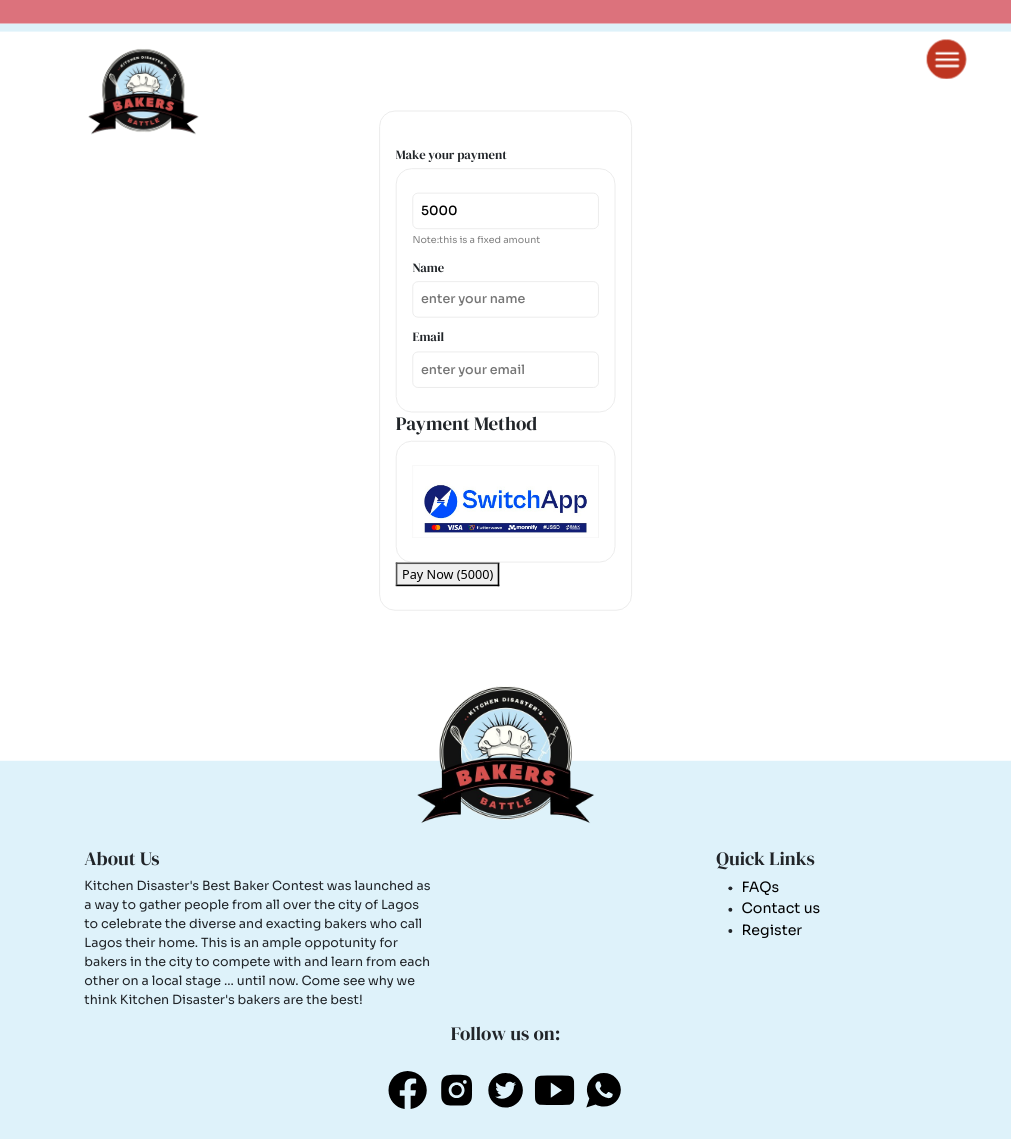
Repository: sarahnnanyelugo/bakers-battle
Page: /payment
An editor plug-in stored every save of this project. The page is shown before and after the next save, followed by the edit.
The browser window is 1280 px wide. The pictures show the whole page, at 79% of full size.
The project was rebuilt for these pictures with package versions that can differ from the ones it lists, and the page was loaded fresh each time. Also part of the build but not shown: src/components/ScreenSlide/slide.scss, src/components/ScreenSlide/ScreenSlide.js, src/pages/Home/home.scss, src/pages/Home/Home.js, src/components/Title.js, src/components/FAQAccord/faq-accord.scss, src/components/FAQAccord/FAQAccord.js, src/pages/FAQ/faq.scss and 11 more.

Above is the page before, as saved 2024-07-17 20:16:29.

### src/App.js
import logo from "./logo.svg";
import "./App.scss";
import "bootstrap/dist/css/bootstrap.min.css";
import { BrowserRouter, Routes, Route, Link, Outlet } from "react-router-dom";
import { Home } from "./pages/Home/Home";
import { Navbar } from "./components/Navbar/Navbar";
import { Footer } from "./components/Footer/Footer";
import { FAQ } from "./pages/FAQ/FAQ";
import { Registration } from "./pages/Registration/Registration";
import { Contact } from "./pages/ContactPage/Contact";
import { Sponsors } from "./pages/Sponsors/Sponsors";
import ScrollToTop from "./scrollToTop";
import About from "./pages/About/About";
import { PaymentPage } from "./pages/PaymentPage/PaymentPage";
function App() {
  return (
    <>
      <ScrollToTop />
      <Navbar />
      <Routes>
        <Route path="/" element={<Home />} />{" "}
        <Route path="/faq" element={<FAQ />} />{" "}
        <Route path="/registration" element={<Registration />} />{" "}
        <Route path="/contact" element={<Contact />} />{" "}
        <Route path="/sponsors" element={<Sponsors />} />{" "}
        <Route path="/about" element={<About />} />{" "}
        <Route path="/payment" element={<PaymentPage />} />{" "}
      </Routes>
      <Footer />
    </>
  );
}

export default App;

### src/App.scss
.app-btn {
  color: #fff;
  background: #dc727c;
  padding: 5px 30px;
  border-radius: 10px;
  border: solid 4px #dc727c;
  font-size: 30px;
  &:hover {
    color: #dc727c;
    background: #fff;
    transition: 0.5s ease;
  }
}

.button-92 {
  --c: #fff;

  background: linear-gradient(90deg, #0000 33%, #fff5, #0000 67%)
      var(--_p, 100%) / 300% no-repeat,
    #dc727c;

  color: #0000;
  border: none;
  transform: perspective(500px) rotateY(calc(20deg * var(--_i, -1)));
  text-shadow: calc(var(--_i, -1) * 0.08em) -0.01em 0 var(--c),
    calc(var(--_i, -1) * -0.08em) 0.01em 2px #0004;
  outline-offset: 0.1em;
  transition: 0.3s;
}

.button-92:hover,
.button-92:focus-visible {
  --_p: 0%;
  --_i: 1;
}

.button-92:active {
  text-shadow: none;
  color: var(--c);
  box-shadow: inset 0 0 9e9Q #0005;
  transition: 0s;
}

.button-92 {
  font-weight: bold;
  font-size: 2rem;
  margin: 0;
  cursor: pointer;
  padding: 0.1em 0.3em;
}

.button-48 {
  appearance: none;
  background-color: #ffffff;
  border-width: 0;
  box-sizing: border-box;
  color: #000000;
  cursor: pointer;
  display: inline-block;
  font-size: 14px;
  font-weight: 500;
  letter-spacing: 0;
  line-height: 1em;
  margin: 0;
  opacity: 1;
  outline: 0;
  padding: 1.5em 4px;
  position: relative;
  text-align: center;
  text-decoration: none;
  text-rendering: geometricprecision;
  text-transform: uppercase;
  transition: opacity 300ms cubic-bezier(0.694, 0, 0.335, 1),
    background-color 100ms cubic-bezier(0.694, 0, 0.335, 1),
    color 100ms cubic-bezier(0.694, 0, 0.335, 1);
  user-select: none;
  -webkit-user-select: none;
  touch-action: manipulation;
  vertical-align: baseline;
  white-space: nowrap;
}

.button-48:before {
  animation: opacityFallbackOut 0.5s step-end forwards;
  backface-visibility: hidden;
  background-color: #ebebeb;
  clip-path: polygon(-1% 0, 0 0, -25% 100%, -1% 100%);
  content: "";
  height: 100%;
  left: 0;
  position: absolute;
  top: 0;
  transform: translateZ(0);
  transition: clip-path 0.5s cubic-bezier(0.165, 0.84, 0.44, 1),
    -webkit-clip-path 0.5s cubic-bezier(0.165, 0.84, 0.44, 1);
  width: 100%;
}

.button-48:hover:before {
  animation: opacityFallbackIn 0s step-start forwards;
  clip-path: polygon(0 0, 101% 0, 101% 101%, 0 101%);
}

.button-48:after {
  background-color: #ffffff;
}

.button-48 span {
  z-index: 1;
  position: relative;
}
@font-face {
  font-family: SoraM;
  src: url(./assets/fonts/sora/Sora-Medium.ttf);
}
@font-face {
  font-family: nick;
  src: url(./assets/fonts/nick/Nickainley-Normal.ttf);
}
@font-face {
  font-family: SoraB;
  src: url(./assets/fonts/sora/Sora-Bold.ttf);
}
@font-face {
  font-family: SoraEB;
  src: url(./assets/fonts/sora/Sora-ExtraBold.ttf);
}
@font-face {
  font-family: SoraR;
  src: url(./assets/fonts/sora/Sora-Regular.ttf);
}
@font-face {
  font-family: SoraSB;
  src: url(./assets/fonts/sora/Sora-SemiBold.ttf);
}
@font-face {
  font-family: SoraL;
  src: url(./assets/fonts/sora/Sora-Light.ttf);
}
@font-face {
  font-family: SerifR;
  src: url(./assets/fonts/serif/DMSerifDisplay-Regular.ttf);
}
@font-face {
  font-family: SerifI;
  src: url(./assets/fonts/serif/DMSerifDisplay-Italic.ttf);
}
h1,
h2,
h3,
h4,
h5,
h6 {
  font-family: SerifR;
}

p,
li,
a,
small {
  font-family: SoraR;
}
button {
  font-family: SoraSB;
}
.mobile-padding {
  @media screen and (max-width: 820px) {
    padding-right: 7px;
    padding-left: 7px;
  }
}

### src/components/Navbar/Navbar.js
import React, { useEffect, useState } from "react";
import "./navbar.scss";
import Logo from "../../assets/images/logo2.png";
import Flier from "../../assets/images/flier2.jpeg";
import { Link } from "react-router-dom";
import { Title } from "../Title";
export const Navbar = () => {
  const [isMenuOpen, setIsMenuOpen] = useState(false);
  const toggleMenu = () => {
    setIsMenuOpen(!isMenuOpen);
  };

  // Step 2: Create a function to handle checkbox changes
  const handleCheckboxChange = (event) => {
    setIsMenuOpen(event.target.checked);
  };

  // Step 3: Use useEffect to track checkbox status changes
  useEffect(() => {
    // Code to run when isMenuOpen changes
    console.log(`Checkbox is now ${isMenuOpen ? "checked" : "unchecked"}`);
  }, [isMenuOpen]); // Dependency array contains isMenuOpen

  // Function to close menu
  const closeMenu = () => {
    setIsMenuOpen(false);
  };
  return (
    <>
      <div style={{ height: "30px", background: "#DC727C" }} />
      <div style={{ height: "10px", background: "#DEF2FA" }} />

      <main>
        <div
          className="col-md-2 offset-md-1"
          style={{ position: "relative", zIndex: 220 }}
        >
          {" "}
          <Link to={"/"}>
            <img className="img2" src={Logo} alt="Scholar" width="70%" />
          </Link>
        </div>
        <center>
          <h1 style={{ color: " black", fontSize: "90px" }}></h1>
        </center>

        <input
          type="checkbox"
          id="myInput"
          checked={isMenuOpen}
          onChange={handleCheckboxChange}
        />
        <label for="myInput" className="offset-md-11 tog">
          <span class="bar top"></span>
          <span class="bar middle"></span>
          <span class="bar bottom"></span>
        </label>

        <aside>
          <div class="aside-section aside-left col-md-4">
            <div class="aside-content">
              <img
                className="img col-md-12 offset-md-"
                src={Flier}
                alt="Scholar"
                width="100%"
              />
            </div>
          </div>
          <div class="aside-section aside-right col-md-8 ">
            <div className="col-md-4 offset-md-4">
              {" "}
              <ul class="aside-list ">
                <li>
                  <Link to={"/"} class="aside-anchor" onClick={closeMenu}>
                    HOME
                  </Link>
                </li>
                <li>
                  <Link to={"/about"} class="aside-anchor" onClick={closeMenu}>
                    ABOUT
                  </Link>
                </li>
                <li>
                  <Link to={"/faq"} class="aside-anchor" onClick={closeMenu}>
                    FAQs
                  </Link>
                </li>
                <li onClick={closeMenu}>
                  <Link to={"/sponsors"} class="aside-anchor">
                    SPONSORS
                  </Link>
                </li>{" "}
                <li onClick={closeMenu}>
                  <Link to={"/contact"} class="aside-anchor">
                    CONTACT
                  </Link>
                </li>
                <li onClick={closeMenu}>
                  <Link to={"/registration"} class="aside-anchor">
                    REGISTER
                  </Link>
                </li>
              </ul>
            </div>
          </div>
        </aside>
      </main>
    </>
  );
};

### src/components/Footer/Footer.js
import React from "react";
import "./footer.scss";
import Logo from "../../assets/images/logo2.png";
import { Link } from "react-router-dom";
import { FaFacebook } from "react-icons/fa";
import { AiFillInstagram } from "react-icons/ai";
import { IoLogoYoutube } from "react-icons/io";
import { IoLogoWhatsapp } from "react-icons/io";
import { AiFillTwitterCircle } from "react-icons/ai";

export const Footer = () => {
  return (
    <footer>
      <center>
        <div className="col-md-3">
          <img className="img2" src={Logo} alt="Scholar" width="75%" />
        </div>
      </center>{" "}
      <div className="d-md-flex col-md-10 offset-md-1 mobile-padding">
        <div className="col-md-5">
          <h4>About Us</h4>
          <p>
            Kitchen Disaster's Best Baker Contest was launched as a way to
            gather people from all over the city of Lagos to celebrate the
            diverse and exacting bakers who call Lagos their home. This is an
            ample oppotunity for bakers in the city to compete with and learn
            from each other on a local stage ... until now. Come see why we
            think Kitchen Disaster's bakers are the best!
          </p>
        </div>
        <div className="col-md-2 offset-md-4">
          <h4>Quick Links</h4>
          <ul>
            <li>
              <Link to={"/"}>FAQs</Link>
            </li>{" "}
            <li>
              <Link to={"/"}>Contact us</Link>
            </li>{" "}
            <li>
              <Link to={"/"}>Register</Link>
            </li>{" "}
          </ul>
        </div>
      </div>
      <center>
        <h4>Follow us on:</h4>
        <ul className="list-inline media-links">
          <li className="list-inline-item">
            <Link to={"/"}>
              <FaFacebook style={{ fontSize: "50px" }} />
            </Link>
          </li>{" "}
          <li className="list-inline-item">
            <Link to={"/"}>
              <AiFillInstagram style={{ fontSize: "50px" }} />
            </Link>
          </li>{" "}
          <li className="list-inline-item">
            <Link to={"/"}>
              <AiFillTwitterCircle style={{ fontSize: "50px" }} />
            </Link>
          </li>{" "}
          <li className="list-inline-item">
            <Link to={"/"}>
              <IoLogoYoutube style={{ fontSize: "50px" }} />
            </Link>
          </li>{" "}
          <li className="list-inline-item">
            <Link to={"/"}>
              <IoLogoWhatsapp style={{ fontSize: "50px" }} />
            </Link>
          </li>
        </ul>
      </center>
    </footer>
  );
};

### src/pages/PaymentPage/PaymentPage.js
import React from "react";
import "./payment-page.scss";
import Switch from "../../assets/images/switch.png";

export const PaymentPage = () => {
  return (
    <>
      <div className="payment-div">
        {" "}
        <center>
          <div className="col-md-3 payment-form">
            <h6>Make your payment</h6>
            <div className="payment-form">
              <input value="5000" readOnly />
              <small>Note:this is a fixed amount</small>
              <h6>Name</h6>
              <input type="text" placeholder="enter your name" />
              <h6>Email</h6>
              <input type="text" placeholder="enter your email" />
            </div>
            <h4>Payment Method</h4>
            <div className="payment-form">
              <img src={Switch} width="100%" alt="payment logo" />
            </div>
            <button>Pay Now (5000)</button>
          </div>
        </center>
      </div>
    </>
  );
};

### src/components/Navbar/navbar.scss
main {
  height: 800px;
  position: relative;
  overflow: hidden;
}

.aside-section {
  top: 0;
  bottom: 0;
  position: absolute;
}

.aside-left {
  display: none;
  width: 40%;
  left: 0;
  background: #dc727c;

  -webkit-transform: translateY(-100%);
  -moz-transform: translateY(-100%);
  -ms-transform: translateY(-100%);
  -o-transform: translateY(-100%);
  transform: translateY(-100%);
  transition: transform 0.9s ease-in-out;
}

.aside-right {
  width: 100%;
  right: 0;
  background-color: #def2fa;
  -webkit-transform: translateX(100%);
  -moz-transform: translateX(100%);
  -ms-transform: translateX(100%);
  -o-transform: translateX(100%);
  transform: translateX(100%);
  transition: transform 0.9s ease-in-out;
}

.aside-list {
  list-style: none;
  padding: 0;
  margin: 0;
  margin-top: 150px;
  text-align: left;
  padding-left: 50px;
}

.aside-content {
  //   margin-top: 150px;
  padding: 0 40px;
  position: relative;
  color: white;
  text-align: center;
}

.aside-list li {
  margin-bottom: 20px;
}

.aside-anchor::after {
  content: "";
  position: absolute;
  bottom: 0;
  background-color: #ff5964;
  left: 0;
  right: 0;
  height: 6px;
  border-radius: 6px;
}

.aside-anchor::before {
  border-radius: 3px;
  content: "";
  position: absolute;
  bottom: 0;
  background-color: rgb(9, 1, 1);
  left: 0;
  height: 6px;
  z-index: 1;
  width: 50%;
  -webkit-transition: transform 0.2s ease-in-out;
  -o-transition: transform 0.2s ease-in-out;
  transition: transform 0.2s ease-in-out;
}

.aside-anchor:hover:before {
  -webkit-transform: translateX(100%);
  -moz-transform: translateX(100%);
  -ms-transform: translateX(100%);
  -o-transform: translateX(100%);
  transform: translateX(100%);
}

.aside-anchor {
  padding-bottom: 7px;
  color: rgb(14, 14, 14);
  text-decoration: none;
  font-size: 30px;
  position: relative;
  font-weight: 500;
}

input[type="checkbox"] {
  display: none;
}

input[type="checkbox"]:checked ~ aside .aside-left {
  transform: translateY(0%);
}

input[type="checkbox"]:checked ~ aside .aside-right {
  transform: translateX(0%);
}

input[type="checkbox"]:checked ~ label .bar {
  background-color: #fff;
}

input[type="checkbox"]:checked ~ label .top {
  -webkit-transform: translateY(0px) rotateZ(45deg);
  -moz-transform: translateY(0px) rotateZ(45deg);
  -ms-transform: translateY(0px) rotateZ(45deg);
  -o-transform: translateY(0px) rotateZ(45deg);
  transform: translateY(0px) rotateZ(45deg);
}

input[type="checkbox"]:checked ~ label .bottom {
  -webkit-transform: translateY(-15px) rotateZ(-45deg);
  -moz-transform: translateY(-15px) rotateZ(-45deg);
  -ms-transform: translateY(-15px) rotateZ(-45deg);
  -o-transform: translateY(-15px) rotateZ(-45deg);
  transform: translateY(-15px) rotateZ(-45deg);
}

input[type="checkbox"]:checked ~ label .middle {
  width: 0;
}

.middle {
  margin: 0 auto;
}

label {
  top: 40px;
  display: inline-block;
  padding: 10px 10px;
  background-color: transparent;
  cursor: pointer;
  margin: 10px;
  z-index: 3;
  position: fixed;
}

.bar {
  display: block;
  background-color: #fff;
  width: 30px;
  height: 3px;
  border-radius: 5px;
  margin: 5px auto;
  transition: background-color 0.4s ease-in, transform 0.4s ease-in,
    width 0.4s ease-in;
}

@media (min-width: 992px) {
  h1 {
    font-size: 40px;
  }
  .aside-left {
    display: block;
  }

  .aside-right {
    width: 60%;
  }
}
.tog {
  height: 50px;
  width: 50px;
  border: solid 1px #be3520;
  background: #be3520;
  border-radius: 50%;
  // position: fixed;
  // z-index: 230;
}
.img2 {
}

### src/components/Footer/footer.scss
footer {
  background: #def2fa;
  //   padding-top: 30px;
  padding-bottom: 20px;
  margin-top: 190px;
  img {
    margin-top: -130px;
  }
  a {
    color: #000;
    text-decoration: none;
    font-size: 18px;
    &:hover {
      color: #dc727c;
    }
  }
}
.media-links {
  li {
    font-size: 50px !important;
  }
}

### src/pages/PaymentPage/payment-page.scss
.payment-form {
  border: solid 1px #e7e7e7;
  border-radius: 20px;
  padding: 30px 20px;
  text-align: left;
  input {
    width: 100%;
    border: solid 1px #e7e7e7;
    padding: 10px;
    border-radius: 7px;
    position: relative;
    z-index: 20;
    font-family: soraM;
  }
  h6 {
    margin-top: 15px;
  }
  small {
    color: grey;
    font-size: 12px;
  }
}
.payment-div {
  margin-top: -700px;
}

Loaded but not shown: public/index.html (common file); src/index.js (common file); src/index.css (common file); src/reportWebVitals.js (common file); src/scrollToTop.js (common file)

After the next save:
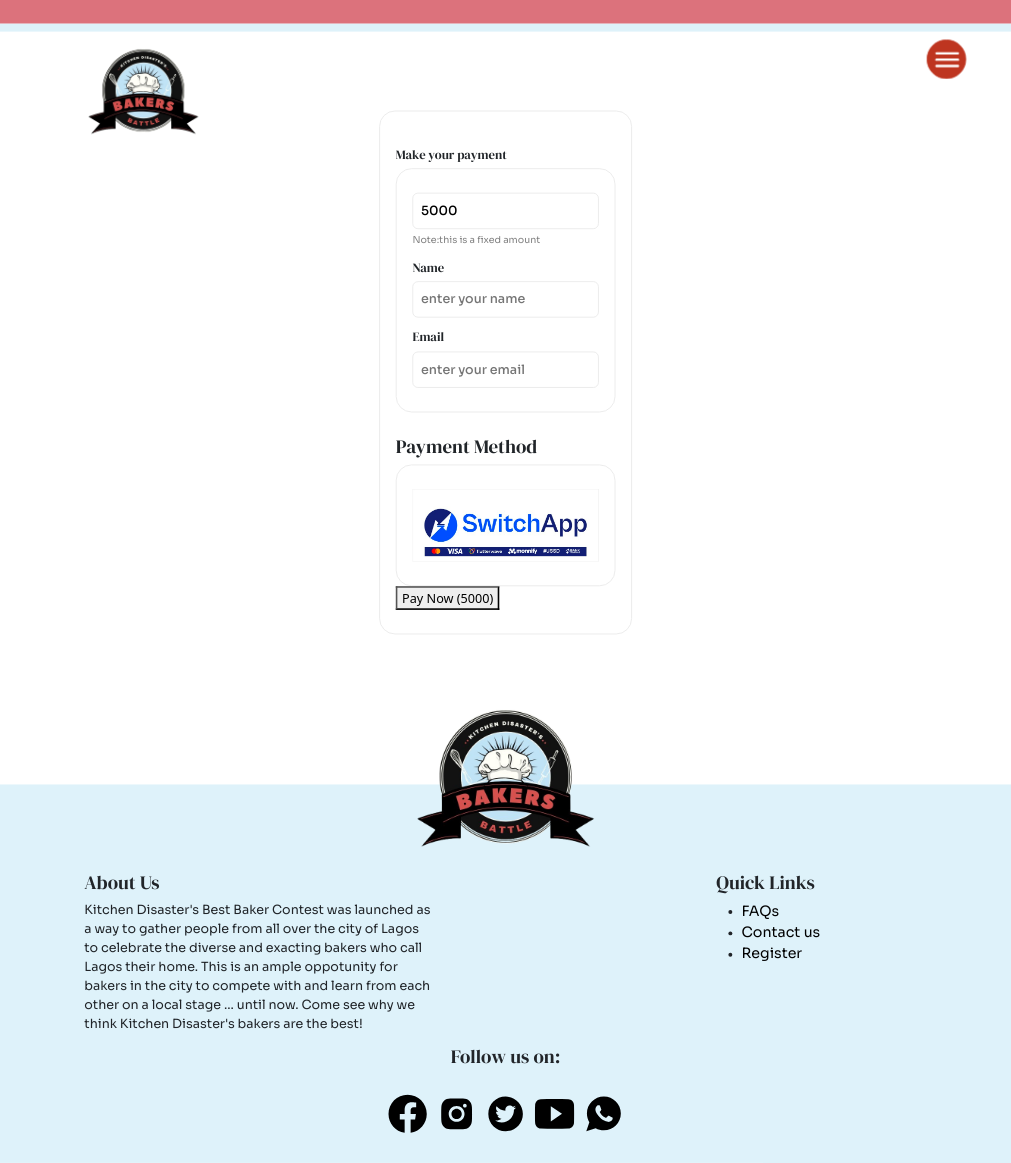
Saved 18 s later.
--- a/src/pages/PaymentPage/payment-page.scss
+++ b/src/pages/PaymentPage/payment-page.scss
@@ -19,6 +19,9 @@
     color: grey;
     font-size: 12px;
   }
+  h4 {
+    margin-top: 30px;
+  }
 }
 .payment-div {
   margin-top: -700px;
